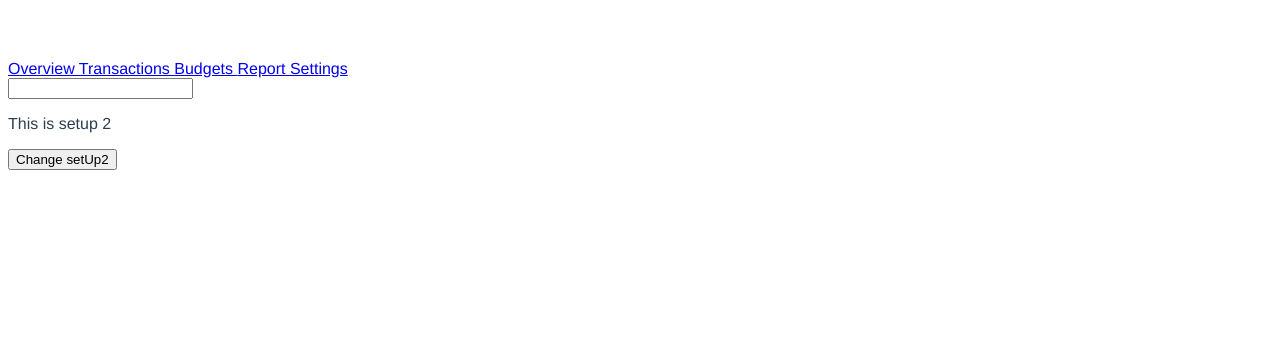
Repository: bxTruong/project7-jsonserver-router
Page: /
These files come from the project's save history. The page is drawn as it stood at one moment and after the next save; the edit follows.
The browser window is 1280 px wide. The pictures show the whole page.
The project was rebuilt for these pictures with package versions that can differ from the ones it lists, and the page was loaded fresh each time. Also part of the build but not shown: vue.config.js, src/pages/transactions.vue, src/pages/transaction-detail.vue, src/pages/not-found.vue.

Above is the page before, as saved 2023-01-05 08:15:39.

### src/main.js
import { createApp } from 'vue'
import App from './App.vue'
import router from "./router";

createApp(App).use(router).mount('#app')

### src/App.vue
<template>
  <Nav/>
  <router-view/>
</template>

<script>
import Nav from "./components/Nav.vue";

export default {
  name: 'App',
  components: {
    Nav
  }
}
</script>

<style>
#app {
  font-family: Avenir, Helvetica, Arial, sans-serif;
  color: #2c3e50;
  margin-top: 60px;
}
</style>

### src/router.js
import { createRouter, createWebHistory } from "vue-router";
import Home from "./pages/home.vue";
import Transactions from "./pages/transactions.vue";
import TransactionDetail from "./pages/transaction-detail.vue";
import NotFound from "./pages/not-found.vue";

const routes = [
    { path: "/", name: "home-route", component: Home },
    { path: "/transactions", name: "transactions-route", component: Transactions },
    { path: "/transactions/:id", name: "transaction-detail-route", component: TransactionDetail },
    { path: "/ts", name: "ts-route", redirect: "/transactions" },
    { path: '/:pathMatch(.*)*', name: 'not-found', component: NotFound },
]

const router = createRouter({
    history: createWebHistory(process.env.BASE_URL),
    routes
})


export default router;

### src/components/Nav.vue
<template>

    <nav class="nav">
        <router-link :to="{name: 'home-route'}"> Overview </router-link>
        <router-link :to="{name: 'transactions-route'}"> Transactions </router-link>
        <router-link to="/"> Budgets </router-link>
        <router-link to="/"> Report </router-link>
        <router-link to="/"> Settings </router-link>
    </nav>

</template>

### src/pages/home.vue
<template>
    <!-- <h1>{{ firstName }}</h1>
    <h2>{{ secondName }}</h2>
    <h3>{{ car }}</h3>
    <button @click="onChangeSomething">Click me</button> -->
<input type="text" v-model="searchText">
<ul>
    <li v-for="item in fruitSelected" :key="item">
    <p>{{ item }}</p>
    </li>
</ul>
<p> {{setUp2}} </p>
<button @click="changeSetUp2" >Change setUp2</button>
</template>

<script>
import {computed, reactive, ref, watch, watchEffect} from "vue";
export default {
    // setup(){
    //     const firstName = ref("Sky Albert");
    //     const secondName = ref({
    //         name:"Who",
    //         something:"NA"
    //     });
    //     let car = reactive({
    //         price: 10000,
    //         name:"May back"
    //     });

    //     function onChangeSomething(){
    //         car = {
    //             price: 55555,
    //             name: "Porsche"
    //         }

    //         secondName.value = {
    //             name:"I'm",
    //             something:"Here"
    //         }

    //         firstName.value = "David John";
    //     }

    //     return {firstName, secondName, car, onChangeSomething};
    // }

    setup(){
        const searchText = ref("");
        let fruits = reactive(["Apple","Orange","Mango","Lemon","Kiwi"]);
        const fruitSelected = computed(()=> fruits.filter((e2)=>e2.toLowerCase().includes(searchText.value.toLowerCase())));

        watch(searchText,(newValue, oldValue)=>console.log("newValue",newValue + oldValue));

        watchEffect(()=>{if(searchText.value) {console.log("run watchEffect")}});

        return {fruits, searchText, fruitSelected}
    },

    setup(){
        const setUp2=ref("This is setup 2");
        function changeSetUp2(){
            setUp2.value='New value setUp2'
        }
        return { setUp2, changeSetUp2};
    }
}
</script>

Loaded but not shown: public/index.html (common file)

After the next save:
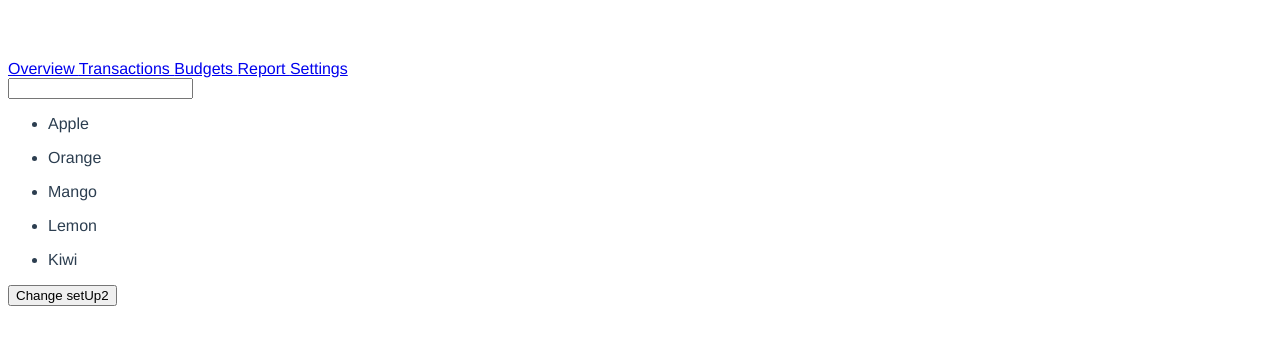
Saved 23 s later.
--- a/src/pages/home.vue
+++ b/src/pages/home.vue
@@ -56,12 +56,12 @@ export default {
         return {fruits, searchText, fruitSelected}
     },
 
-    setup(){
-        const setUp2=ref("This is setup 2");
-        function changeSetUp2(){
-            setUp2.value='New value setUp2'
-        }
-        return { setUp2, changeSetUp2};
-    }
+    // setup(){
+    //     const setUp2=ref("This is setup 2");
+    //     function changeSetUp2(){
+    //         setUp2.value='New value setUp2'
+    //     }
+    //     return { setUp2, changeSetUp2};
+    // }
 }
 </script>
